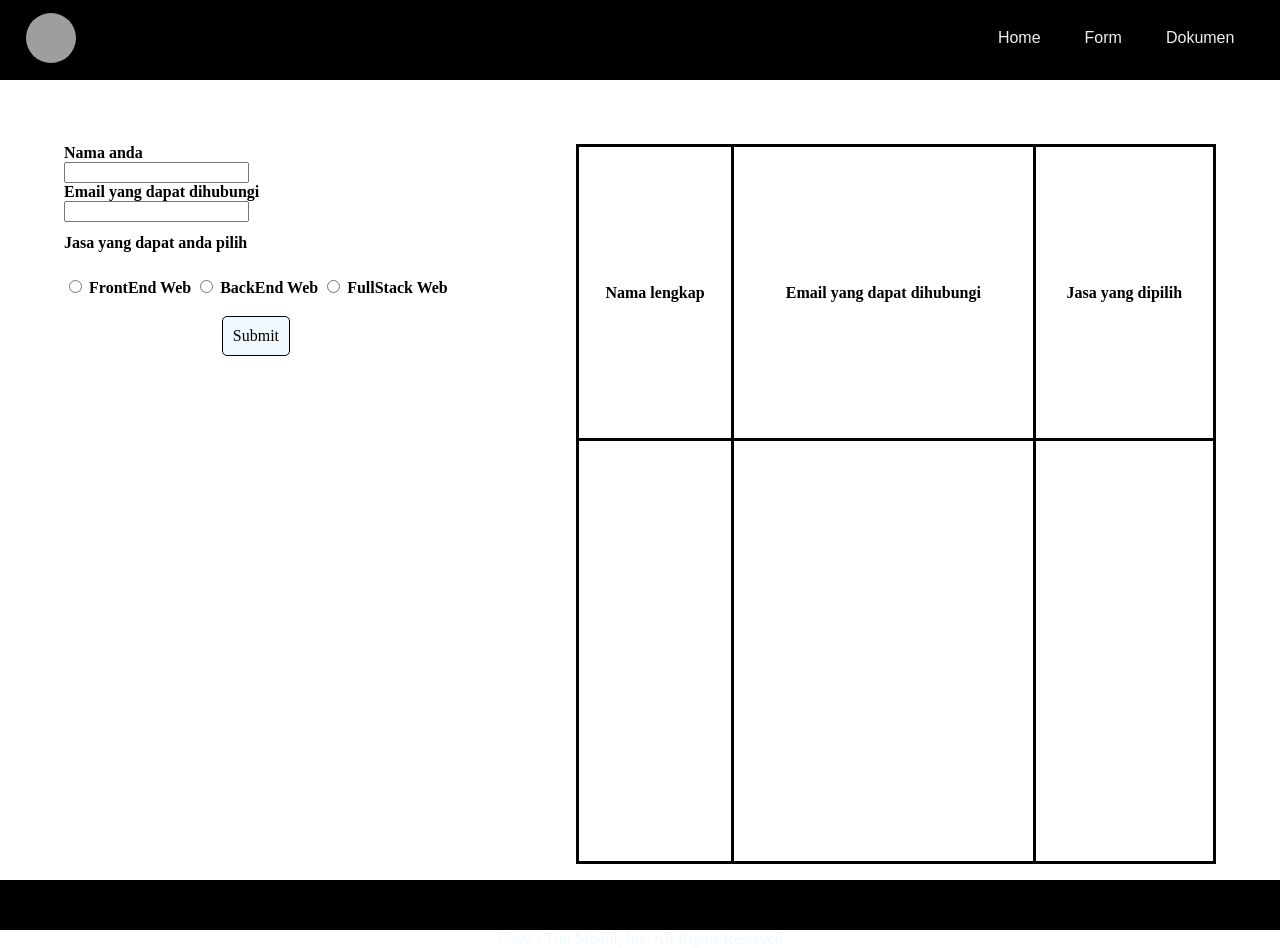
Repository: zecht12/TimModul
Page: TimModul.html
These files come from the project's save history. The page is drawn as it stood at one moment and after a run of saves; the edit follows.
The browser window is 1280 px wide. The pictures show the whole page.
Pictures or frames that could not be fetched are drawn as grey boxes.

Above is the page before, as saved 2023-03-14 13:53:23.

After the next 2 saves:
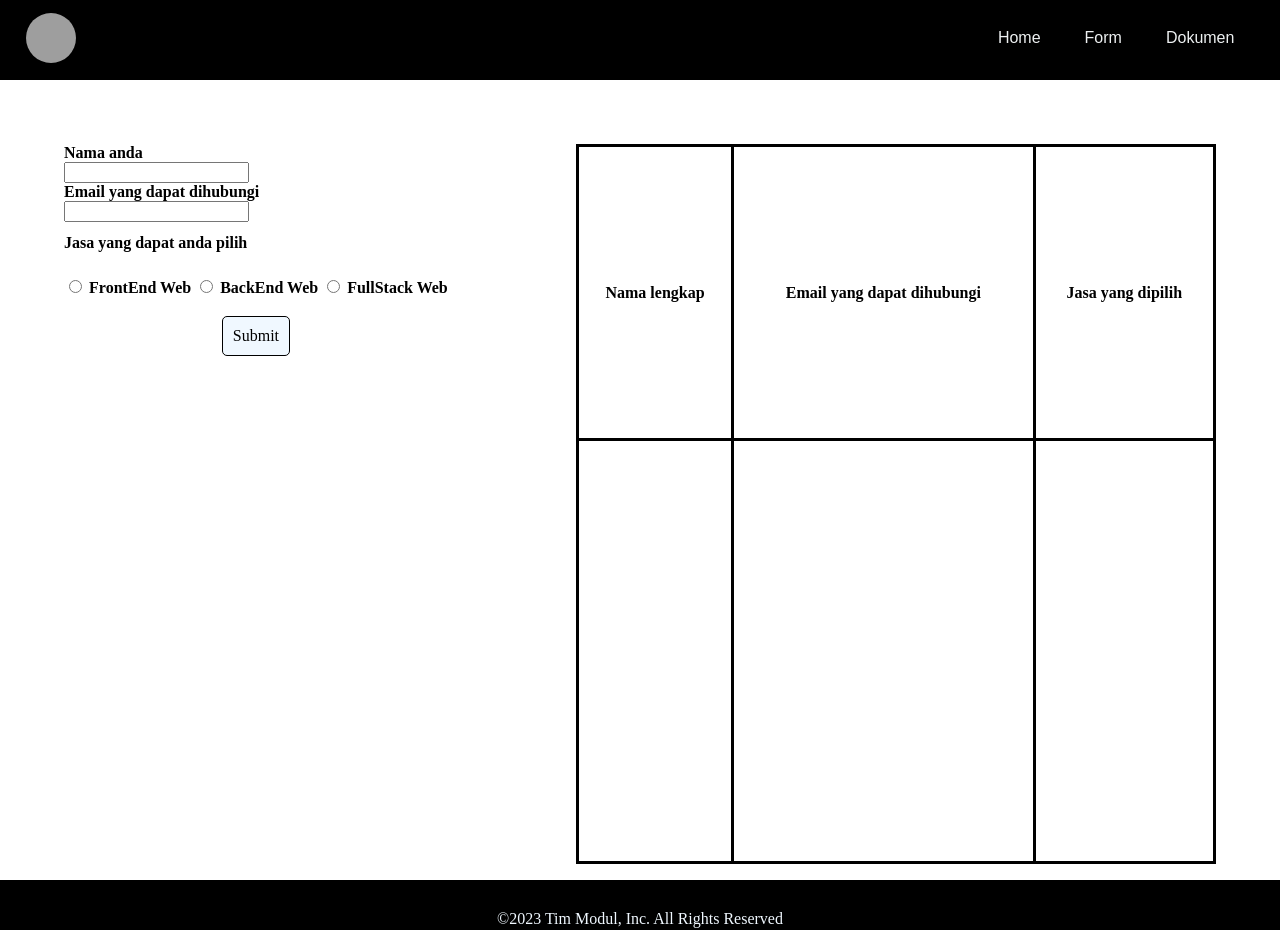
The 2 saves are shown as one change because they came seconds apart.
The last was saved 5 s later.
--- a/TimModul.html
+++ b/TimModul.html
@@ -56,7 +56,7 @@
         </table>
     </div>
     <div style="height: 50px; width: 100%; background-color: black; justify-content: center; align-items: center;">
-        <p style="color: aliceblue; text-align: center; padding-top: 50px;">&copy;2023 Tim Modul, Inc. All Rights Reserved</p>
+        <p style="color: aliceblue; text-align: center; padding-top: 30px;">&copy;2023 Tim Modul, Inc. All Rights Reserved</p>
     </div>
 </body>
 </html>
